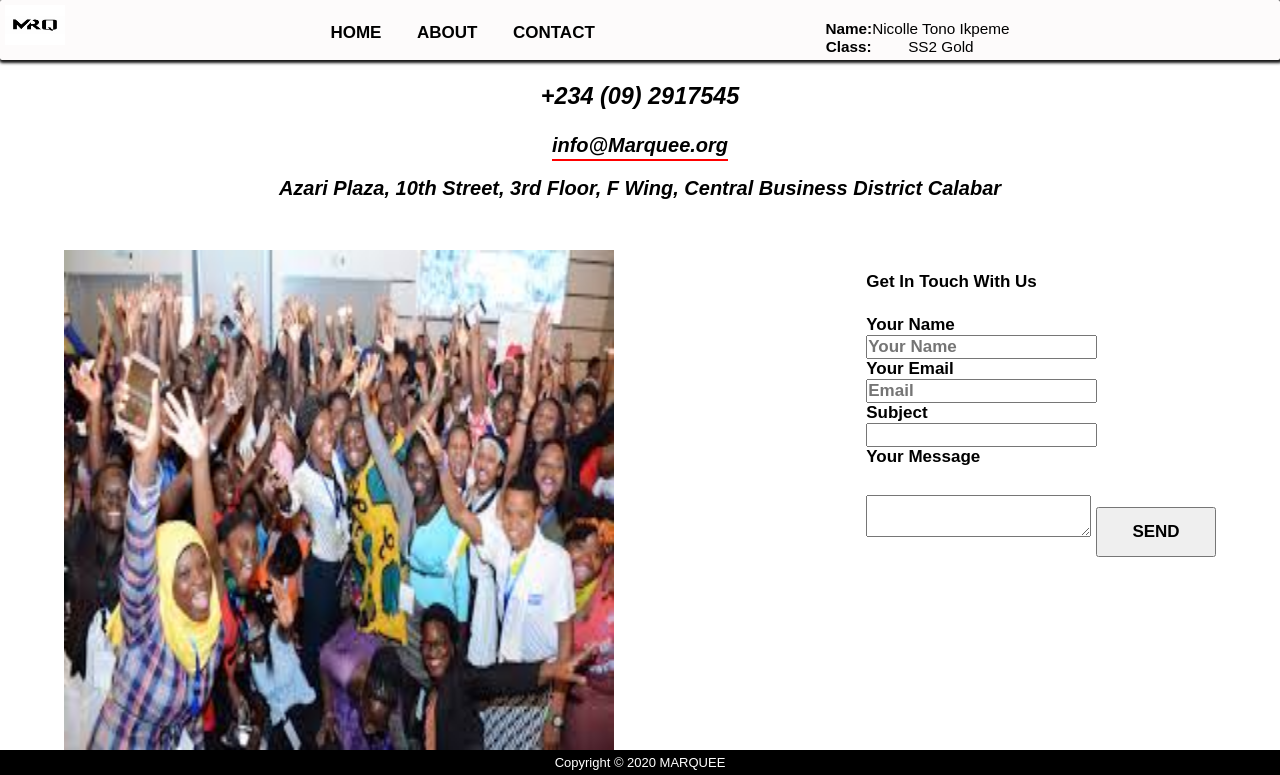
Repository: pboi18/Marquee.org
Page: contact.html
These files come from the project's save history. The page is drawn as it stood at one moment and after the next save; the edit follows.
The browser window is 1280 px wide. The pictures show the whole page.

Above is the page before, as saved 2020-07-11 21:38:17.

After the next save:
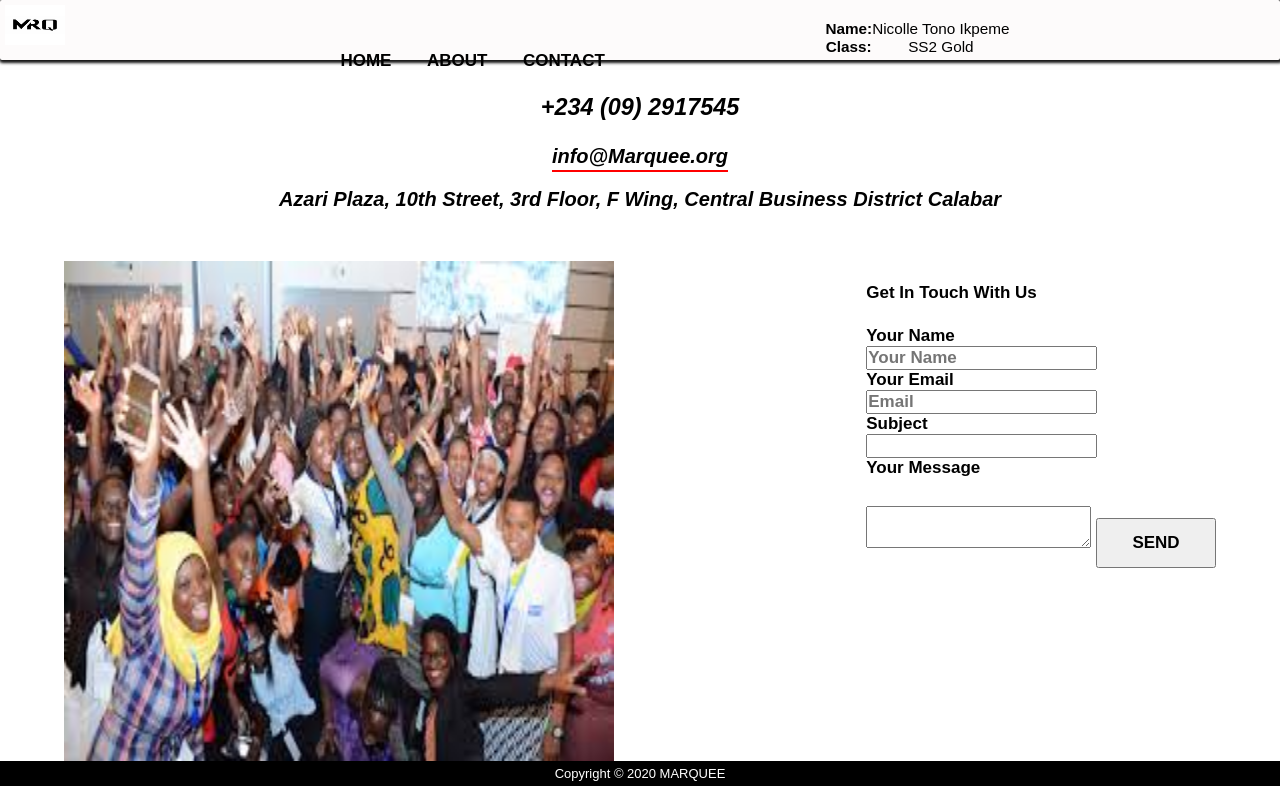
Saved 11 s later.
--- a/style.css
+++ b/style.css
@@ -70,7 +70,7 @@
     border-bottom: 3px solid rgb(158, 0, 0);
 }
 .id {
-    display: inline;
+    /* display: inline; */
     padding: 10px;
     font-size: 90%;
 

After the save that followed:
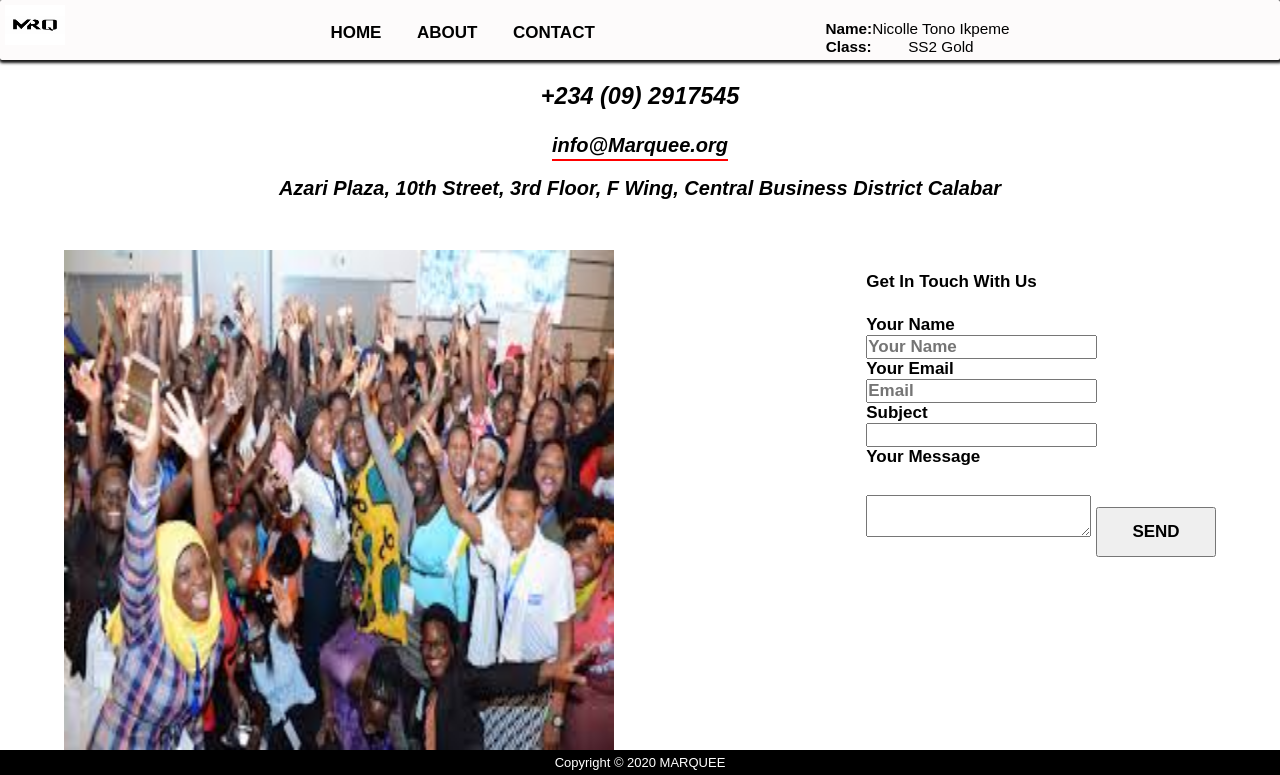
Saved 4 s later.
--- a/style.css
+++ b/style.css
@@ -70,7 +70,7 @@
     border-bottom: 3px solid rgb(158, 0, 0);
 }
 .id {
-    /* display: inline; */
+    display: inline;
     padding: 10px;
     font-size: 90%;
 
